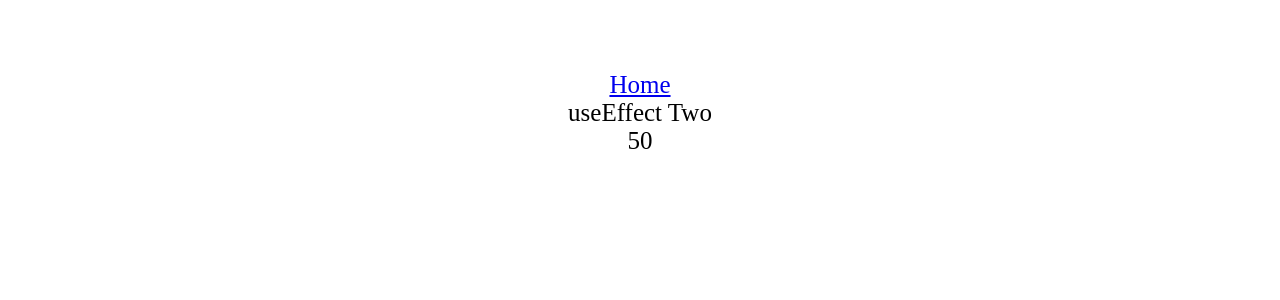
Repository: sierralaurent/Class08-UseEffect
Page: /useEffectTwo
An editor plug-in stored every save of this project. The page is shown before and after the next save, followed by the edit.
The browser window is 1280 px wide. The pictures show the whole page.
The project was rebuilt for these pictures with package versions that can differ from the ones it lists, and the page was loaded fresh each time. The framework's server and built-in components were replaced by stand-ins that run in the browser. Also part of the build but not shown: next.config.js.

Above is the page before, as saved 2023-02-20 17:33:10.

After the next save:
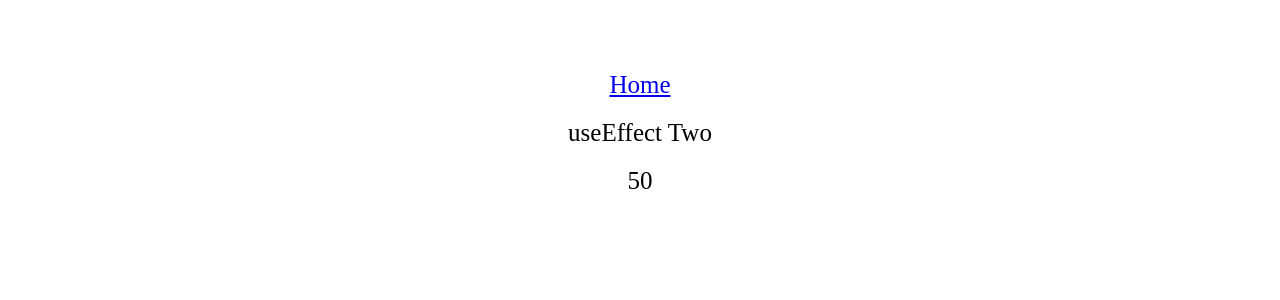
Saved 11 s later.
--- a/styles/UseEffectTwo.module.css
+++ b/styles/UseEffectTwo.module.css
@@ -4,6 +4,7 @@
     align-items: center;
     flex-direction: column;
     padding: 5%;
+    gap: 20px;
     font-size: 25px;
 }
 
